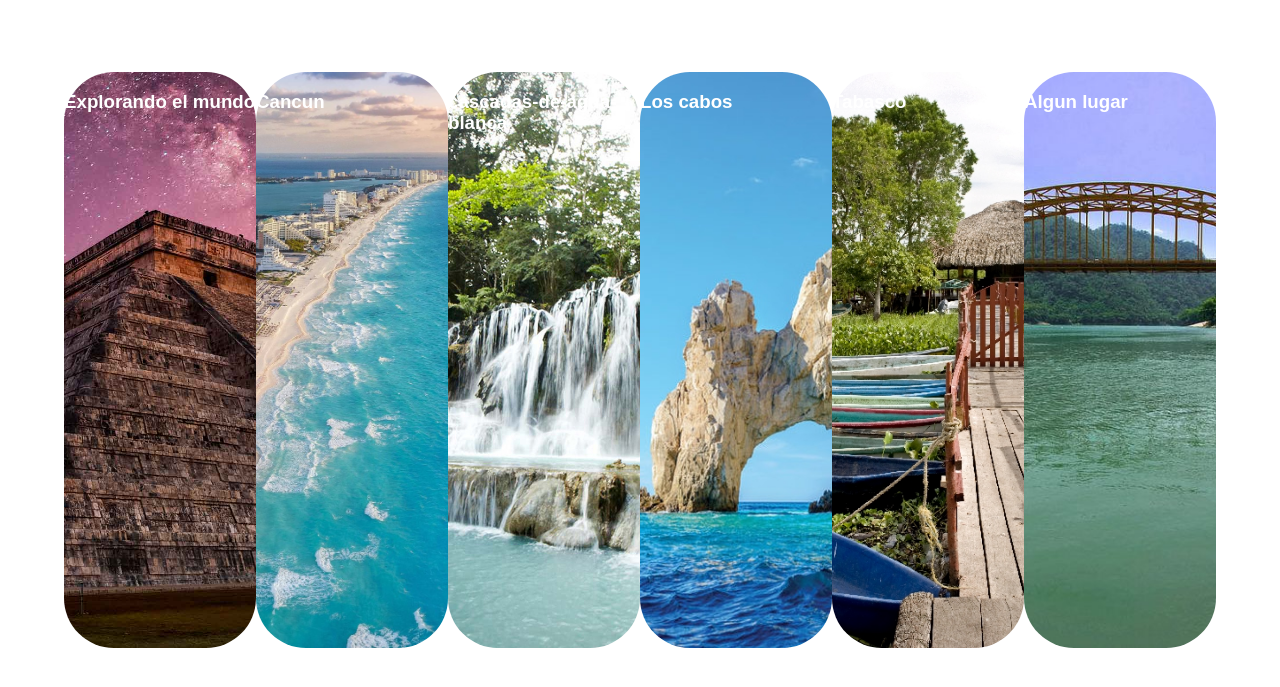
Repository: ElideZavala/Tarjetas-de-Imagenes
Page: index.html
These files come from the project's save history. The page is drawn as it stood at one moment and after the next save; the edit follows.
The browser window is 1280 px wide. The pictures show the whole page.
Some web fonts or font styles are not loaded; a fallback is used.

Above is the page before, as saved 2021-05-27 09:16:36.
Not found: script.js

After the next save:
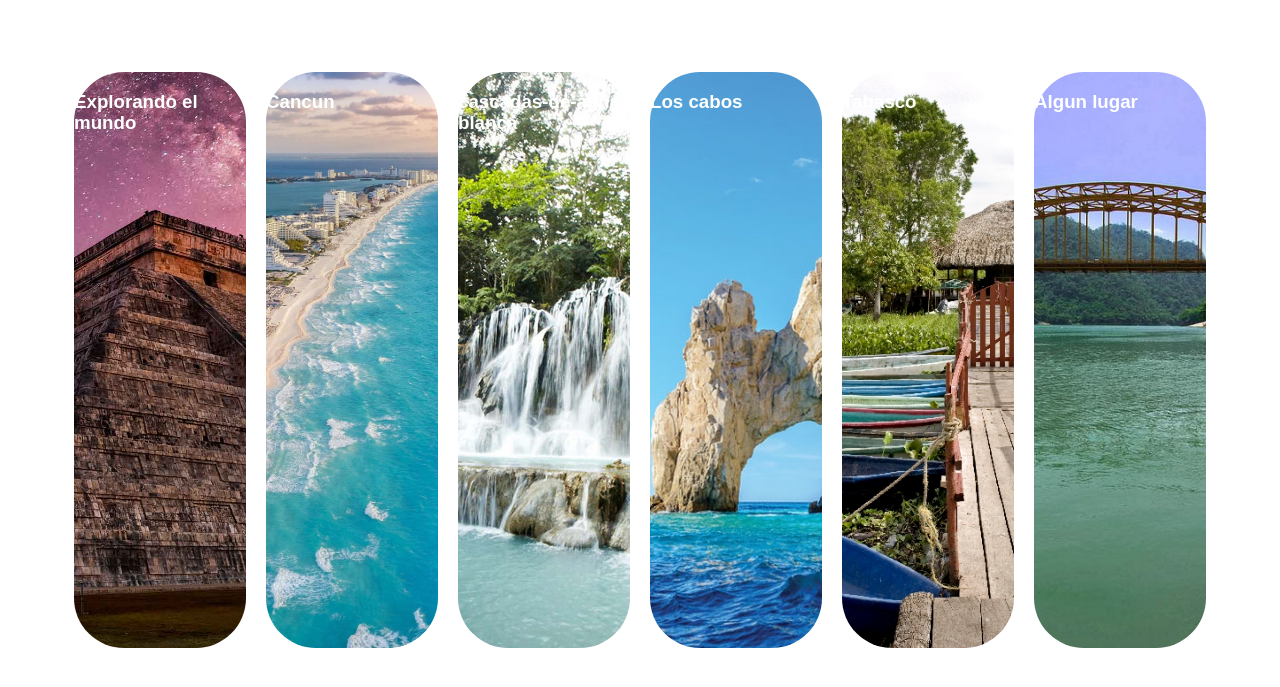
Saved 9 min 21 s later.
--- a/style.css
+++ b/style.css
@@ -29,5 +29,6 @@ body {
 	color: #fff;
 	cursor: pointer;
 	flex: 0.5;
-
+	margin: 10px;
+	position: relative;
 }
